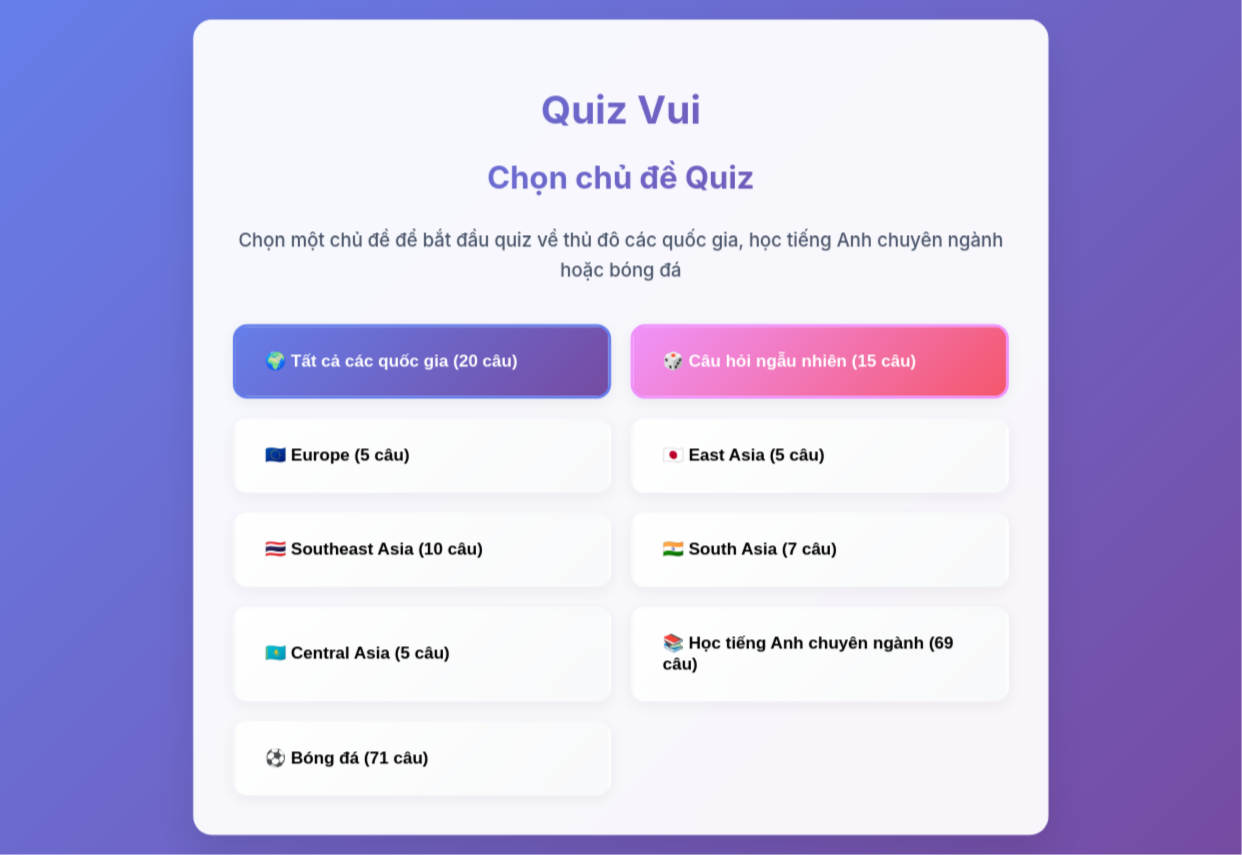
Repository: HuynhPPP/Quiz_App
Page: /
The author's editor kept a copy of each file at every save. The page is drawn from the files as they stood at one save, then again after the next save.
The browser window is 1280 px wide. The pictures show the whole page, at 97% of full size.
The project was rebuilt for these pictures with package versions that can differ from the ones it lists, and the page was loaded fresh each time. Also part of the build but not shown: vite.config.js, src/components/Resutl.jsx, src/components/Review.jsx.

Above is the page before, as saved 2025-09-27 15:30:41.

### index.html
<!doctype html>
<html lang="en">
  <head>
    <meta charset="UTF-8" />
    <link rel="icon" type="image/svg+xml" href="/vite.svg" />
    <meta name="viewport" content="width=device-width, initial-scale=1.0" />
    <title>Quiz Vui</title>
  </head>
  <body>
    <div id="root"></div>
    <script type="module" src="/src/main.jsx"></script>
  </body>
</html>

### src/App.jsx
import Quiz from "./components/Quiz"

function App() {
  return (
    <div className="container">
      <h1>Quiz Vui</h1>
      <Quiz />

    </div>
  )
}

export default App

### src/components/Quiz.jsx
import React, { useState, useEffect } from 'react'
import Resutl from './Resutl'
import Review from './Review'
import QuizSelector from './QuizSelector'

const Quiz = () => {
    const [currentQuestions, setCurrentQuestions] = useState([]);
    const [optionSelected, setOptionSelected] = useState("");
    const [userAnswer, setUserAnswer] = useState([]);
    const [currentQuestion, setCurrentQuestion] = useState(0);
    const [isQuizCompleted, setIsQuizCompleted] = useState(false);
    const [isReviewMode, setIsReviewMode] = useState(false);
    const [score, setScore] = useState(0);
    const [showSelector, setShowSelector] = useState(true);

    const handleStartQuiz = (questions) => {
        setCurrentQuestions(questions);
        setUserAnswer(Array.from({ length: questions.length }));
        setShowSelector(false);
        setCurrentQuestion(0);
        setOptionSelected("");
        setIsQuizCompleted(false);
        setIsReviewMode(false);
        setScore(0);
    };

    const handleSelectOption = (option, index) => {
        setOptionSelected(option);
        const newUserAnswer = [...userAnswer];
        newUserAnswer[currentQuestion] = index;
        setUserAnswer(newUserAnswer);
    }

    const handleNextQuestion = () => {
        if (currentQuestion === currentQuestions.length - 1) {
            setIsQuizCompleted(true);
        } else {
            setCurrentQuestion((prev) => prev + 1);
        }

    }

    const handlePreviousQuestion = () => {
        if (currentQuestion > 0) {
            setCurrentQuestion((prev) => prev - 1);
        }
    }

    const handleResetQuiz = () => {
        setShowSelector(true);
        setIsQuizCompleted(false);
        setIsReviewMode(false);
        setCurrentQuestion(0);
        setScore(0);
        setUserAnswer([]);
        setOptionSelected("");
        setCurrentQuestions([]);
    }

    const handleReviewQuiz = () => {
        setIsReviewMode(true);
        setIsQuizCompleted(false);
        setCurrentQuestion(0);
    }

    const handleBackToSelector = () => {
        setShowSelector(true);
        setIsQuizCompleted(false);
        setIsReviewMode(false);
        setCurrentQuestion(0);
        setScore(0);
        setUserAnswer([]);
        setOptionSelected("");
        setCurrentQuestions([]);
    }

    useEffect(() => {
        if (currentQuestions.length > 0) {
            const answer = Number(userAnswer[currentQuestion]);
            const pastOptionSelected = currentQuestions[currentQuestion].options[answer];
            if (answer !== undefined) {
                setOptionSelected(pastOptionSelected);
            } else {
                setOptionSelected("");
            }
        }
    }, [currentQuestion, userAnswer, currentQuestions]);

    useEffect(() => {
        if (currentQuestions.length > 0 && optionSelected === currentQuestions[currentQuestion].answer) {
            setScore((prev) => prev + 1);
        }
    }, [optionSelected, currentQuestion, currentQuestions]);

    if (isReviewMode) {
        return <Review
            quizData={currentQuestions}
            userAnswers={userAnswer}
            handleBackToResult={handleBackToSelector}
            handleRestartQuiz={handleResetQuiz}
        />
    }

    if (isQuizCompleted) {
        return <Resutl
            score={score}
            totalQuestions={currentQuestions.length}
            handleReviewQuiz={handleReviewQuiz}
            handleResetQuiz={handleResetQuiz}
        />
    }

    if (showSelector) {
        return <QuizSelector onStartQuiz={handleStartQuiz} />
    }

    if (currentQuestions.length === 0) {
        return <div>Loading...</div>
    }

    return (
        <div>
            <div className="quiz-header">
                <button
                    className="back-to-selector-btn"
                    onClick={handleBackToSelector}
                    title="Quay lại chọn chủ đề"
                >
                    ← Quay lại chọn chủ đề
                </button>
                <h2>Câu {currentQuestion + 1}</h2>
            </div>
            <p className='question'>{currentQuestions[currentQuestion].question}</p>

            {currentQuestions[currentQuestion].options.map((option, index) => (
                <button
                    key={index}
                    className={`option ${optionSelected === option ? 'selected' : ''}`}
                    disabled={!!optionSelected && optionSelected !== option}
                    onClick={() => handleSelectOption(option, index)}
                >
                    {option}
                </button>
            ))}

            {
                optionSelected ? (
                    optionSelected === currentQuestions[currentQuestion].answer ? (
                        <p className='correct-answer'>Câu trả lời của bạn là chính xác</p>
                    ) : (
                        <p className='incorrect-answer'>Câu trả lời của bạn chưa chính xác</p>
                    )
                ) : ""
            }


            <div className='nav-buttons'>
                <button
                    onClick={handlePreviousQuestion}
                    disabled={currentQuestion === 0}
                >
                    Trước
                </button>
                <button
                    onClick={handleNextQuestion}
                    disabled={!optionSelected}
                >
                    {currentQuestion === currentQuestions.length - 1 ? "Hoàn thành Quiz" : "Tiếp"}
                </button>
            </div>
        </div>
    );
};

export default Quiz

### src/components/QuizSelector.jsx
import React, { useState } from 'react'
import { getAllCategories, getQuestionsByCategory, getRandomQuestions } from '../data/index'

const QuizSelector = ({ onStartQuiz }) => {
    const categories = getAllCategories();
    const [selectedCategory, setSelectedCategory] = useState('');
    const [questionCount, setQuestionCount] = useState(10);

    const handleCategorySelect = (category) => {
        setSelectedCategory(category);
        const questions = getQuestionsByCategory(category);
        const limitedQuestions = questions.slice(0, Math.min(questionCount, questions.length));
        onStartQuiz(limitedQuestions);
    };

    const handleRandomQuiz = () => {
        const questions = getRandomQuestions(questionCount);
        onStartQuiz(questions);
    };

    const handleAllQuestions = () => {
        const questions = getRandomQuestions(Math.min(questionCount, 30));
        onStartQuiz(questions);
    };

    const handleQuestionCountChange = (count) => {
        setQuestionCount(count);
    };

    return (
        <div>
            <h2>Chọn chủ đề Quiz</h2>
            <p className="quiz-description">
                Chọn một chủ đề để bắt đầu quiz về thủ đô các quốc gia, học tiếng Anh chuyên ngành hoặc bóng đá
            </p>

            <div className="quiz-categories">
                <button
                    className="category-button all-questions"
                    onClick={handleAllQuestions}
                >
                    🌍 Tất cả các quốc gia (20 câu)
                </button>

                <button
                    className="category-button random"
                    onClick={handleRandomQuiz}
                >
                    🎲 Câu hỏi ngẫu nhiên (15 câu)
                </button>

                {categories.map((category, index) => {
                    const questionCount = getQuestionsByCategory(category).length;
                    const categoryEmojis = {
                        'Europe': '🇪🇺',
                        'East Asia': '🇯🇵',
                        'Southeast Asia': '🇹🇭',
                        'South Asia': '🇮🇳',
                        'Central Asia': '🇰🇿',
                        'Học tiếng Anh chuyên ngành': '📚',
                        'Bóng đá': '⚽'
                    };

                    return (
                        <button
                            key={index}
                            className="category-button"
                            onClick={() => handleCategorySelect(category)}
                        >
                            {categoryEmojis[category] || '🌏'} {category} ({questionCount} câu)
                        </button>
                    );
                })}
            </div>
        </div>
    );
};

export default QuizSelector;

Loaded but not shown: src/main.jsx (common file); src/data/footballData.js (438 lines, source omitted); src/data/itVocabularyData.js (417 lines, source omitted); src/data/capitalsData.js (204 lines, source omitted); src/data/index.js (31 lines, source omitted); src/index.css (873 lines, source omitted)

After the next save:
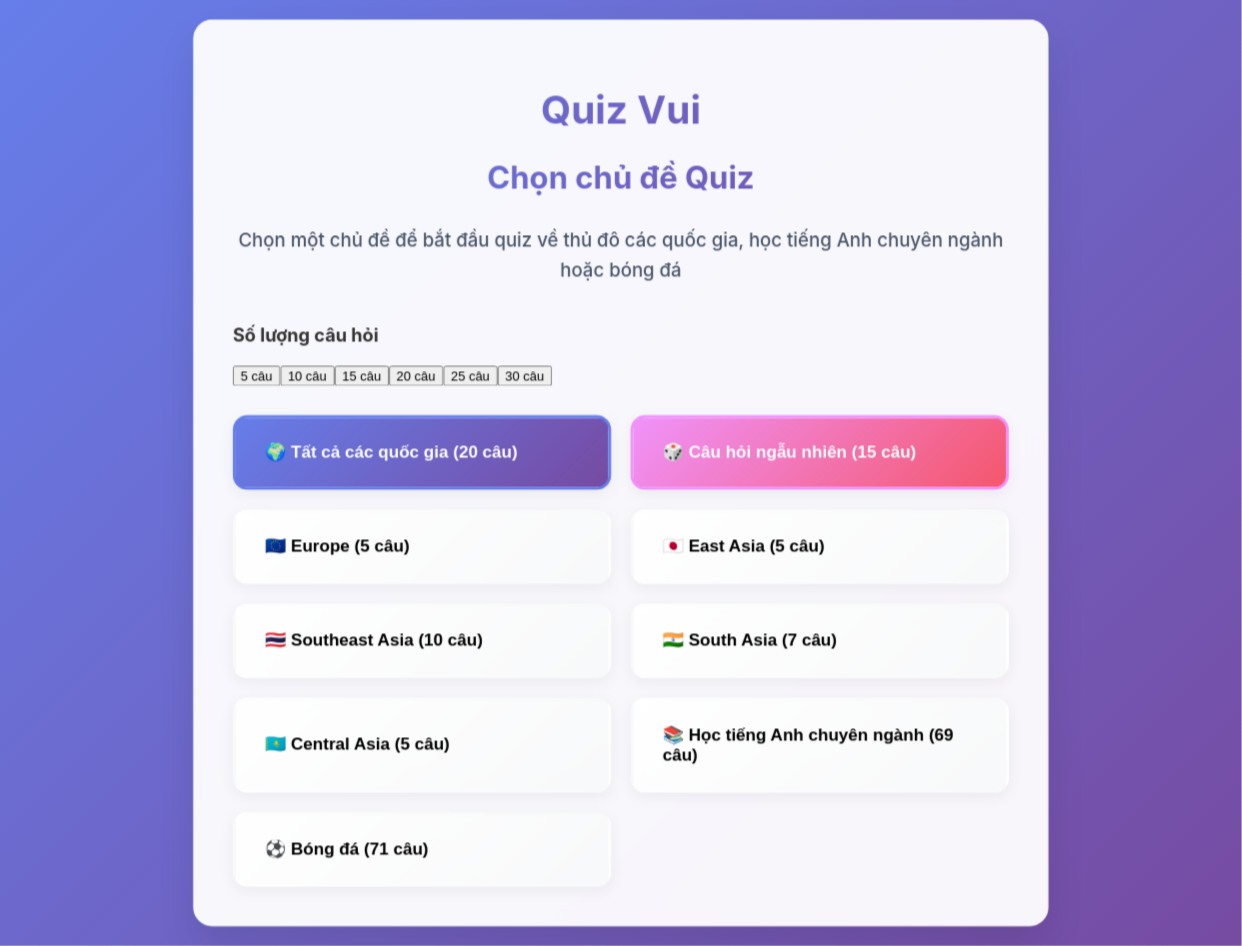
Saved 11 s later.
--- a/src/components/QuizSelector.jsx
+++ b/src/components/QuizSelector.jsx
@@ -33,6 +33,22 @@ const QuizSelector = ({ onStartQuiz }) => {
             <p className="quiz-description">
                 Chọn một chủ đề để bắt đầu quiz về thủ đô các quốc gia, học tiếng Anh chuyên ngành hoặc bóng đá
             </p>
+
+            {/* Question Count Selector */}
+            <div className="question-count-selector">
+                <h3>Số lượng câu hỏi</h3>
+                <div className="count-options">
+                    {[5, 10, 15, 20, 25, 30].map(count => (
+                        <button
+                            key={count}
+                            className={`count-option ${questionCount === count ? 'selected' : ''}`}
+                            onClick={() => handleQuestionCountChange(count)}
+                        >
+                            {count} câu
+                        </button>
+                    ))}
+                </div>
+            </div>
 
             <div className="quiz-categories">
                 <button
